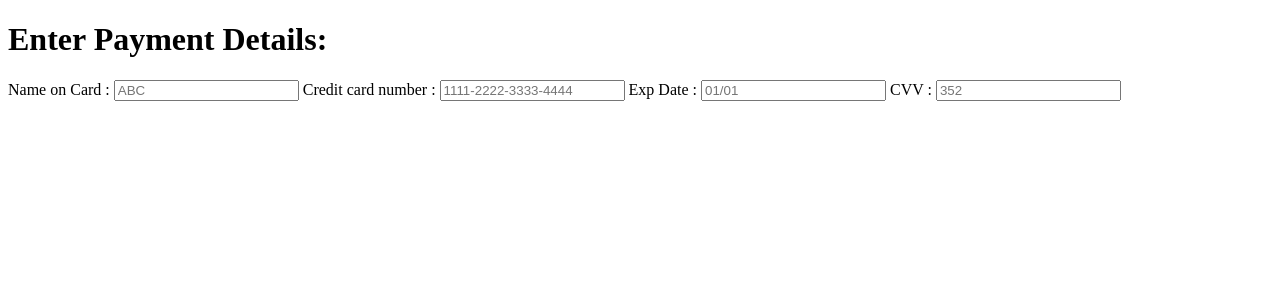
Repository: Pranathi99/FlyAway
Page: http://localhost/FlyAway/payment.jsp
The author's editor kept a copy of each file at every save. The page is drawn from the files as they stood at one save, then again after the next save.
The browser window is 1280 px wide. The pictures show the whole page.
The page is served by Tomcat 9. Other server files are loaded and not shown.

Above is the page before, as saved 2023-03-25 17:32:04.

### FlyAway/src/main/webapp/payment.jsp
<%@ page language="java" contentType="text/html; charset=ISO-8859-1"
    pageEncoding="ISO-8859-1"%>
<!DOCTYPE html>
<html>
<head>
<meta charset="ISO-8859-1">
<title>Insert title here</title>
</head>
<body>
	<h1>Enter Payment Details:</h1>
	Name on Card : <input type="text" name="cardname" placeholder="ABC">
    Credit card number : <input type="text" name="cardnumber" placeholder="1111-2222-3333-4444">
    Exp Date : <input type="text" name="expdate" placeholder="01/01">
    CVV : <input type="text" name="cvv" placeholder="352">
</body>
</html>

After the next save:
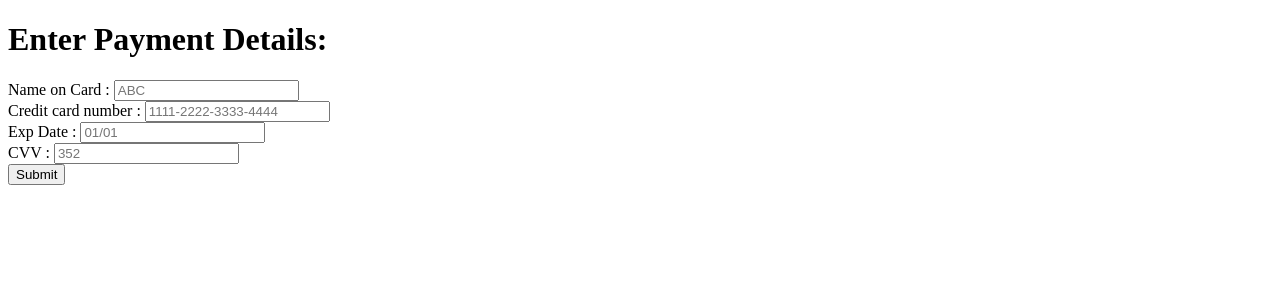
Saved 39 s later.
--- a/FlyAway/src/main/webapp/payment.jsp
+++ b/FlyAway/src/main/webapp/payment.jsp
@@ -8,9 +8,10 @@
 </head>
 <body>
 	<h1>Enter Payment Details:</h1>
-	Name on Card : <input type="text" name="cardname" placeholder="ABC">
-    Credit card number : <input type="text" name="cardnumber" placeholder="1111-2222-3333-4444">
-    Exp Date : <input type="text" name="expdate" placeholder="01/01">
-    CVV : <input type="text" name="cvv" placeholder="352">
+	Name on Card : <input type="text" name="cardname" placeholder="ABC"><br/>
+    Credit card number : <input type="text" name="cardnumber" placeholder="1111-2222-3333-4444"><br/>
+    Exp Date : <input type="text" name="expdate" placeholder="01/01"> <br/>
+    CVV : <input type="text" name="cvv" placeholder="352"><br/>
+    <input type="submit" value="Submit"/>
 </body>
 </html>
